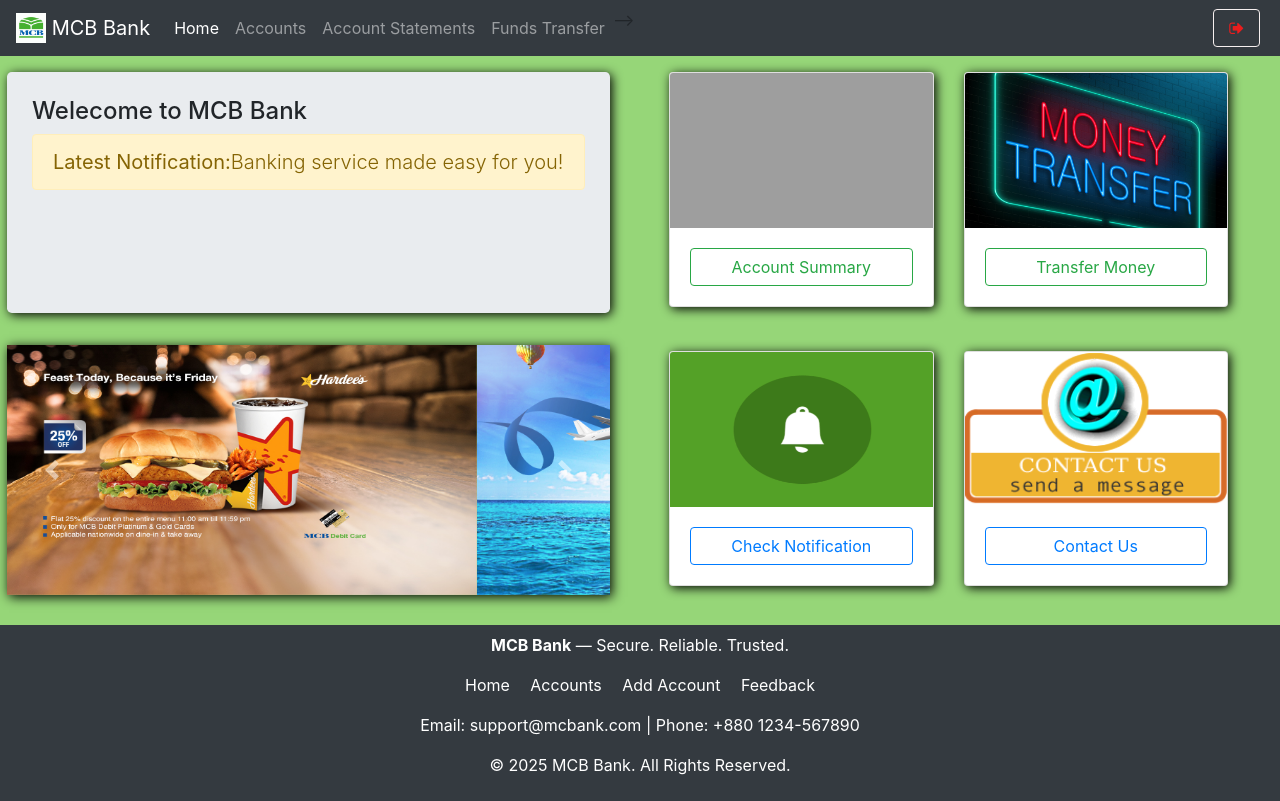
Repository: mhbshimla/my-bank
Page: http://localhost/
These files come from the project's save history. The page is drawn as it stood at one moment and after the next save; the edit follows.
The browser window is 1280 px wide. The pictures show the whole page.
Pictures or frames that could not be fetched are drawn as grey boxes. The page is run by PHP 8.4 with error messages shown; the project is at /var/www/html/. The session is filled in as if someone had signed in: {"userId": 2, "user": {"id": 2, "email": "some2@gmail.com", "name": "Ali khan", "balance": 56000, "nid": "3210375555343", "number": "03356910260", "city": "Islamabad", "address": "Some where in isb", "source": "Programmer", "accountNo": 10054777, "branch": 1, "accountType": "Saving", "date": "2017-12-14 04:50:06"}, "cashId": 2, "managerId": 2}. The database holds what the project's SQL file puts in it.

Above is the page before, as saved 2025-10-13 20:06:43.

After the next save:
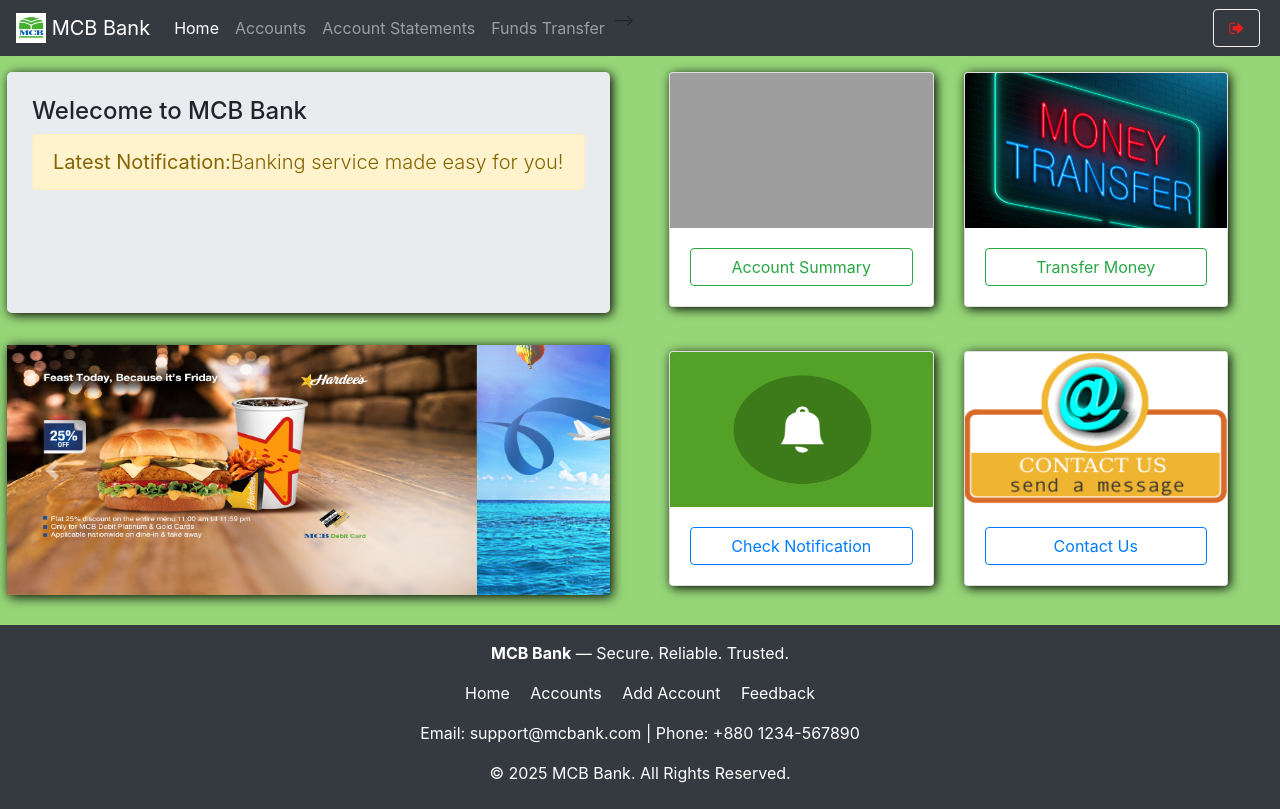
Saved 24 s later.
--- a/index.php
+++ b/index.php
@@ -123,7 +123,7 @@
     </div>
   </div>
 </div>
-<footer class="bg-dark text-white text-center pt-2 pb-2">
+<footer class="bg-dark text-white text-center pt-3 pb-2">
   <div class="container">
     <p><strong>MCB Bank</strong> — Secure. Reliable. Trusted.</p>
     <p>
